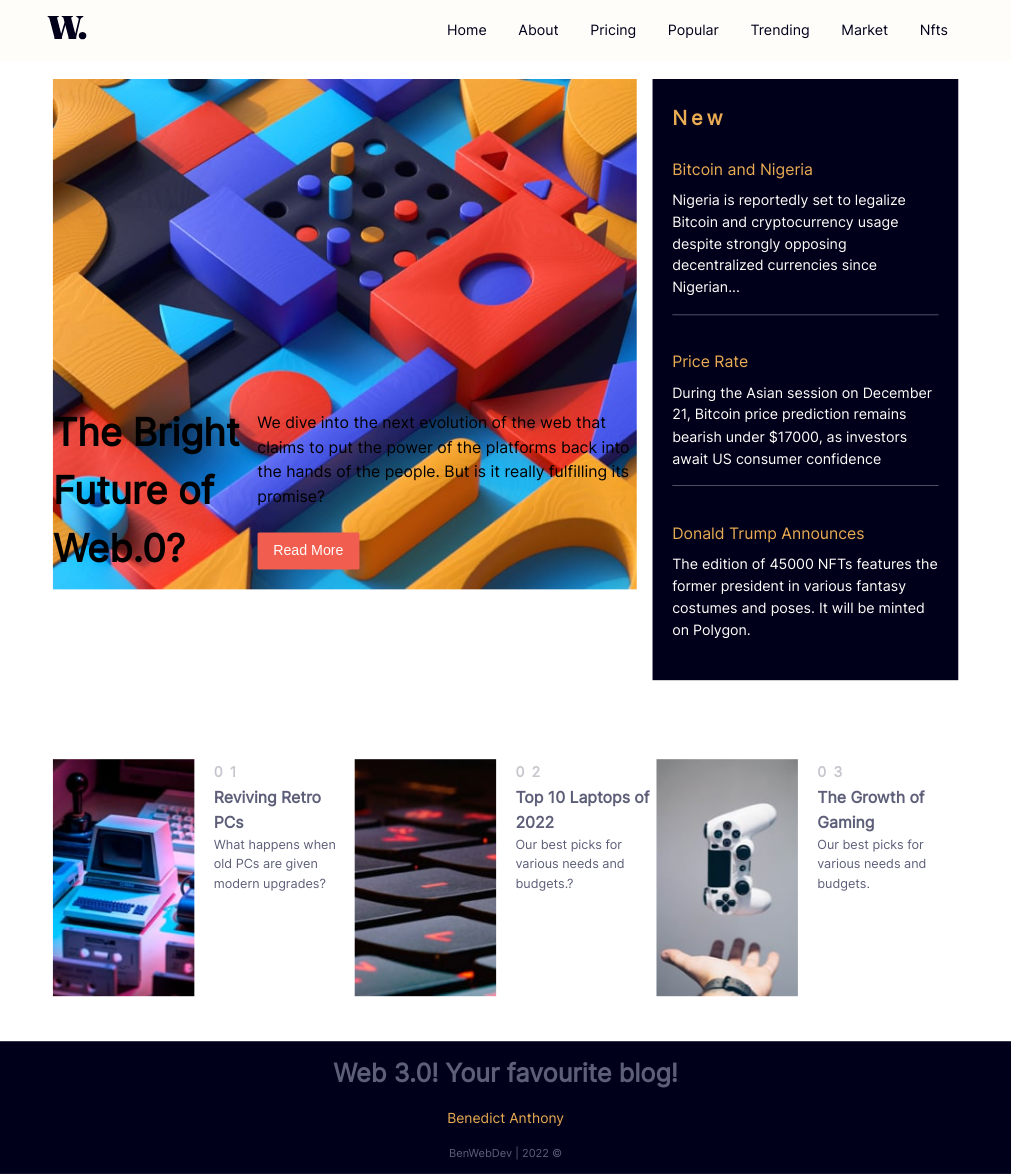
Repository: Benedict-Anthony/web3.0-blog-chain
Page: /
An editor plug-in stored every save of this project. The page is shown before and after the next save, followed by the edit.
The browser window is 1280 px wide. The pictures show the whole page, at 79% of full size.
The project was rebuilt for these pictures with package versions that can differ from the ones it lists, and the page was loaded fresh each time. The framework's server and built-in components were replaced by stand-ins that run in the browser. Also part of the build but not shown: next.config.js, styles/styles.css.

Above is the page before, as saved 2022-12-23 01:35:15.

### pages/_app.tsx
import '../styles/globals.scss'
import type { AppProps } from 'next/app'
import NavBar from '../components/NavBar'
import "@/styles/styles.css"
import { Footer } from 'components/Footer'
export default function App({ Component, pageProps }: AppProps) {
  return (
    <>
      <NavBar />
      <Component {...pageProps} />
      <Footer/>
    </>
  )
}

### pages/index.tsx
import Showcase from 'components/Showcase'
import Features from 'components/Features'
import Head from 'next/head'
import Image from 'next/image'
import styles from '../styles/Home.module.scss'
import Layout from 'components/Layout'


export default function Home() {
  return (

      <Layout title='Web 3.0 | Welcome' description='Web 3.0, latest cryptocurrency news and market data' keyword='Blockchain, coins, cryptocurrency, blog, bitcoin'>
        <Showcase/>
        <Features/>
      </Layout>

  )
}

### styles/globals.scss
:root{
  --SoftOrange: hsl(35, 77%, 62%);
  --SoftRed: hsl(5, 85%, 63%);

  --Red: hsl(0, 78%, 62%);
  --Cyan: hsl(180, 62%, 55%);
  --Orange: hsl(34, 97%, 64%);
  --Blue: hsl(212, 86%, 64%);

  --OffWhite: hsl(36, 100%, 99%);
  --GrayishBlue: hsl(233, 8%, 79%);
  --DarkGrayishBlue: hsl(236, 13%, 42%);
  --VeryDarkBlue: hsl(240, 100%, 5%);
}

@font-face{
  font-family: "Inter";
  src: url("/landing/assets/fonts/static/inter-Bold.ttf");
  src: url("/landing/assets/fonts/static/inter-ExtraBold.ttf");
  src: url("/landing/assets/fonts/static/inter-Regular.ttf");
}

*::after, *::before, *{
  padding: 0;
  margin: 0;
  box-sizing: border-box;
  transition: all .3s ease;
  line-height: 1.54em;
}


ul,li{
  list-style: none;
}

html{
  scroll-behavior: smooth;
}

body{
  font-family: "Inter";
}

.swiper {
    overflow: visible;
}

### components/NavBar.tsx
import React, { useEffect } from 'react'
import {useState} from "react"
import Image from 'next/image'
import Link from 'next/link';
import NavBarStyles from "@/styles/navBar.module.scss";
import { useRouter } from 'next/router';

const NavBar = () => {
  const [mobileActive, setMobileActive] = useState(false)
  const route = useRouter()

  useEffect(() => {
    setMobileActive(false)
  }, [route.pathname])
  return (

        <header className={NavBarStyles.header}>
          <nav className={NavBarStyles.nav}>
               <div className="logo">
                <Image src="/landing/assets/images/logo.svg" alt="" width={50} height={30} />
              </div>

              <ul style={{
                right: mobileActive ? "0" : "calc(100vw + 50px)"
              }}>
                  <li><Link href={"/"}>Home</Link></li>
                  <li><Link href={"/about"}>About</Link></li>
                  <li><Link href={"/pricing"}>Pricing</Link></li>
                  <li><Link href={"/popular"}>Popular</Link></li>
                  <li><Link href={"/trending"}>Trending</Link></li>
                  <li><Link href={"/market"}>Market</Link></li>
                  <li><Link href={"/nft"}>Nfts</Link></li>

              </ul>

                  <div className={NavBarStyles.toggler} onClick={() => setMobileActive(!mobileActive)}>
                      <Image src={`/landing/assets/images/${mobileActive ? "icon-menu-close.svg" : "icon-menu.svg"}`} alt="" width={25} height={20} />
            </div>

         </nav>
    </header>

  )
}

export default NavBar

### components/Footer.tsx
import React from 'react'
import Footerstyles from "@/styles/Footer.module.scss"
export const Footer = () => {
    const year = new Date().getFullYear()
  return (
    <footer className={Footerstyles.footer}>
        <h3>Web 3.0! Your favourite blog!</h3>
          <p>Benedict Anthony</p>
          <div>BenWebDev | { year} &copy;</div>
    </footer>
  )
}

### components/Showcase.tsx
import React from 'react'
import Image from 'next/image';
import ShowCaseStyles from "@/styles/showcase.module.scss"
import UtilsStyles from "@/styles/Utils.module.scss";
import Button from './Button';
import Link from 'next/link';


const Showcase = () => {
  return (
    <section>
          <div className={ShowCaseStyles.showcase}>
              <main className={ShowCaseStyles.main}>
                  <div className={ShowCaseStyles.showcaseImage}>
                      <img src={"/landing/assets/images/image-web-3-mobile.jpg"} alt=""  />
                  </div>
                  <article className={ShowCaseStyles.article}>
                      <h1>The Bright <br /> Future of <br /> Web.0?</h1>
                      <div>
                          <p>  We dive into the next evolution of the web that claims to put the power of the platforms back into the hands of the people.
                But is it really fulfilling its promise?</p>
                  <Link href={"/trending"}>
                      <Button title={"Read more"} />
                  </Link>
                      </div>
                  </article>
              </main>
              <aside className={ShowCaseStyles.aside}>
                  <h3>New</h3>

                  <div>
                      <article>
                        <h2>Bitcoin and Nigeria</h2>
                        <p>Nigeria is reportedly set to legalize Bitcoin and cryptocurrency usage despite strongly opposing decentralized currencies since Nigerian...</p>
                      </article>

                      <article>
                        <h2>Price Rate</h2>
                        <p>During the Asian session on December 21, Bitcoin price prediction remains bearish under $17000, as investors await US consumer confidence</p>
                      </article>

                      <article>
                        <h2>Donald Trump Announces </h2>
                        <p> The edition of 45000 NFTs features the former president in various fantasy costumes and poses. It will be minted on Polygon.</p>
                    </article>
                  </div>
              </aside>
          </div>
    </section>
  )
}

export default Showcase

### components/Features.tsx
import React from 'react'
import UtilsStyles from "@/styles/Utils.module.scss";
import FeatureStyles from "@/styles/Feature.module.scss"
import Image from 'next/image';

const Features = () => {
  return (
      <section className={UtilsStyles.spaceY}>
          <div className={FeatureStyles.features}>
              <article className={FeatureStyles.article}>
                  <div>
                    <Image width={300} height={300} objectFit="cover" src="/landing/assets/images/image-retro-pcs.jpg" alt="" />
                  </div>
                  <div>
                      <h4>01</h4>
                      <h2>Reviving Retro PCs</h2>
                      <p>What happens when old PCs are given modern upgrades?</p>
                  </div>
              </article>

              <article className={FeatureStyles.article}>
                  <div>
                    <Image width={300} height={300} objectFit="cover" src="/landing/assets/images/image-top-laptops.jpg" alt="" />
                  </div>
                  <div>
                      <h4>02</h4>
                      <h2>Top 10 Laptops of 2022</h2>
                      <p>Our best picks for various needs and budgets.?</p>
                  </div>
              </article >

              <article className={FeatureStyles.article}>
                  <div>
                    <Image width={300} height={300} objectFit="cover" src="/landing/assets/images/image-gaming-growth.jpg" alt="" />
                  </div>
                  <div>
                      <h4>03</h4>
                      <h2>The Growth of Gaming</h2>
                      <p>Our best picks for various needs and budgets.</p>
                  </div>
              </article>
          </div>
      </section>
  )
}

export default Features

### components/Layout.tsx
import React, { FC } from 'react'
import UtilsStyles from "@/styles/Utils.module.scss";
import {ReactNode} from "react"
import  Head  from 'next/head';

type layoutProps = {
  children: ReactNode,
  title: string
  description: string
  keyword: string
}
const Layout = ({children, title, description, keyword}:layoutProps) => {
  return (
    <>

      <Head>
        <title>{title}</title>
        <meta name='description' content={description} />
        <meta name='keywords' content={keyword} />
    </Head>
    <main className={UtilsStyles.container}>
      <section className={UtilsStyles.spaceY}>
        {children}
      </section>
      </main>
    </>
  )
}

export default Layout

### styles/navBar.module.scss
.header{
    position: fixed;
    top: 0;
    right: 0;
    left: 0;
    // max-width: 1160px;
    margin: 0 auto;
    padding: 20px;
     background-color: var(--OffWhite);
     z-index:10;
    //  box-shadow:  2px 1px 3px var(--DarkGrayishBlue);
}

.nav{
    display: flex;
    justify-content: space-between;
    align-items: center;
     max-width: 1160px;
    margin: 0 auto;

    .logo{
        width: 50px;
    }

    ul{
        display: flex;
        align-items: center;
        justify-content: space-between;

        li{
            margin: 0 20px;

            a{
                text-decoration: none;
                font-size: 18px;
                color: var(--VeryDarkBlue);
                font-family: "Inter";
                font-weight: 400;
                &:hover{
                    color: var(--SoftRed);
                    cursor: pointer;
                }
            }
        }
    }

    @media(max-width:767px) {
        ul{
            position: absolute;
            top: 0;
            width: 80%;
            background-color: var(--OffWhite);
            box-shadow: 2px 2px 3px var(--DarkGrayishBlue);
            height: 100vh;
            flex-flow: column;
            justify-content: center;
            align-items: flex-start;
            padding-left: 10px;

            li{
                margin: 20px 0;

                a{
                    font-size: 22px;
                }
            }

        }


    }
}



.toggler{
        display: none;


        @media(max-width:767px) {
            display: block;
            z-index: 10;
        }
    }

### styles/Footer.module.scss
.footer{
    display: flex;
    align-items: center;
    justify-content: center;
    flex-direction: column;
    gap: 20px;
    padding: 15px 5px;
    color: var(--DarkGrayishBlue);
    background-color: var(--VeryDarkBlue);
    margin-top: 30px;
    text-align: center;

    h3{
        // color:var(--Blue);
        font-size: 2rem;
    }
    p{
        color: var(--SoftOrange);
        font-size: 1.1rem;
    }

    div{
        // color: var(--SoftOrange);
        font-size: 14px;
    }
}

### styles/showcase.module.scss
.showcase{
    margin-top: 20px;
    display: flex;
    align-items: flex-start;
    justify-content: center;
    column-gap: 20px;


    @media(max-width:1160px){
        flex-direction: column;
    }
}

.main{
    display: flex;
    flex-flow: column;
    justify-content: center;
    align-items: flex-start;
    gap: 10px;
    width: 100%;


}

.showcaseImage{
    width: 100%;
    height: 400px;
    background:url("/landing/assets/images/image-web-3-mobile.jpg") no-repeat center/cover;

    img{
        width: 100%;
    }
}

.article{
    display: flex;
    align-items: center;
    justify-content: space-between;
    width: 100%;
    gap: 20px;
    h1{
        font-size: 3rem;
        font-weight: 700;
        width: 100%;
    }

    div{
        display: flex;
        flex-flow: column;
        justify-content: center;
        align-items: flex-start;
        gap: 20px;

        p{
            font-size: 20px;
        }

    }

       @media(max-width:767px){
        flex-direction: column;
        justify-content: center;
        align-items: center;

        padding-bottom: 40px;

        h1{
            font-size: 3rem;
        }
    }
}

.aside{
    width: 50%;
    background-color: var(--VeryDarkBlue);
    padding: 10px 25px;
    color: var(--OffWhite);

    h3{
        color: var(--SoftOrange);
        padding: 20px 0;
        letter-spacing: 5px;
        font-size: 25px;
    }

    div{
        display: flex;
        align-items: flex-start;
        justify-content: space-between;
        flex-direction: column;
        gap: 15px;
        position: relative;

        article{
            margin-bottom: 40px;
            position: relative;

            &::after{
                content: "";
                width: 100%;
                height:.4px;
                margin-top: 2px;
                background-color: var(--OffWhite);
                position: absolute;
                bottom: -20px;
                opacity: .4;
            }

            &:last-child::after{
                display:none;
            }

            h2{
                font-size: 20px;
                padding: 10px 0;
                font-weight: 400;
                color: var(--SoftOrange);
                &:hover{
                    cursor: pointer;
                }
            }

            p{
                font-size: 18px;

            }
        }


    }


    @media(max-width:1160px){
        width: 100%;
        div{
            flex-direction: row;
            gap:0;
            column-gap: 30px;

            article{
                  &::after{
                display: none;
            }
                h2{
                    color:var(--SoftOrange);
                }
            }
        }
    }

    @media(max-width:767px){
        width: 100%;
        div{
            flex-direction: column;
            gap:0;
            column-gap: 30px;

            article{
                  &::after{
               display: block;
            }
                h2{

                    color:var(--SoftOrange);
                    // white-space: nowrap;
                }
            }
        }
    }


}

### components/Button.tsx
import React from 'react'
import ButtonbStyles from "@/styles/Button.module.scss"
type ButtonProps = {
    title:string
}
const Button = ({title}: ButtonProps) => {
  return (
    <button className={ButtonbStyles.button}>
      {title}
    </button>
  )
}

export default Button

### styles/Utils.module.scss
.container{
    max-width: 1160px;
    margin: 0 auto;
    overflow:hidden;
    padding: 0 7px;
}

.spaceY{
    padding-top: 2.5rem;
    margin-top: 2.5rem;
}

### styles/Feature.module.scss
.features{
    display: grid;
    grid-template-columns: repeat(auto-fit, minmax(20rem, 1fr));
    justify-content: space-between;
    align-items: center;
}

.article{
    display: flex;
    align-items: flex-start;
    justify-content: center;
    gap: 25px;
    margin:20px 0;
    width: 100%;

    div{
        width: 100%;
        img{
            width: 100%;
            object-fit:cover;
        }
    }

    div{

        h4{
            font-size: 18px;
            color: var(--GrayishBlue);
            padding: 3px 0;
            letter-spacing: .5em;
        }

        h2{
            color: var(--DarkGrayishBlue);
            font-size: 20px;
            font-weight: 600;
        }

        p{
            font-size: 16px;
            color: var(--DarkGrayishBlue);

        }
    }
}

### styles/Button.module.scss
.button{
    display: inline-block;
    color: var(--OffWhite);
    padding: 10px 20px;
    border: 0;
    background-color: var(--SoftRed);
    margin-top: 10px;
    font-size: 18px;
    border-radius: 2px;
    text-transform: capitalize;

    &:hover{
        cursor: pointer;
        background-color: var(--VeryDarkBlue);
    }
}

After the next save:
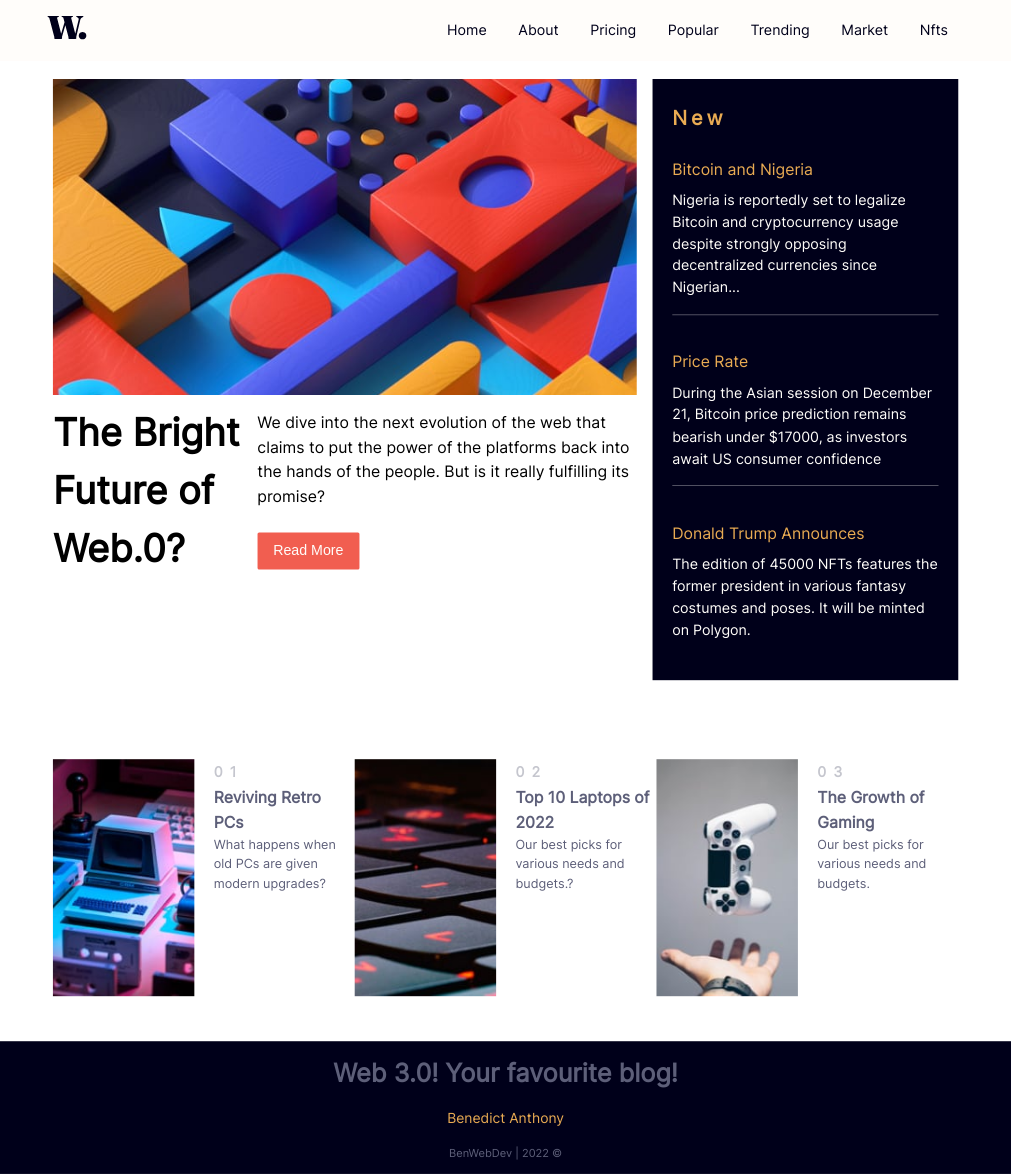
Saved 3 s later.
--- a/components/Showcase.tsx
+++ b/components/Showcase.tsx
@@ -12,7 +12,7 @@ const Showcase = () => {
           <div className={ShowCaseStyles.showcase}>
               <main className={ShowCaseStyles.main}>
                   <div className={ShowCaseStyles.showcaseImage}>
-                      <img src={"/landing/assets/images/image-web-3-mobile.jpg"} alt=""  />
+                      {/* <img src={} alt=""  /> */}
                   </div>
                   <article className={ShowCaseStyles.article}>
                       <h1>The Bright <br /> Future of <br /> Web.0?</h1>
